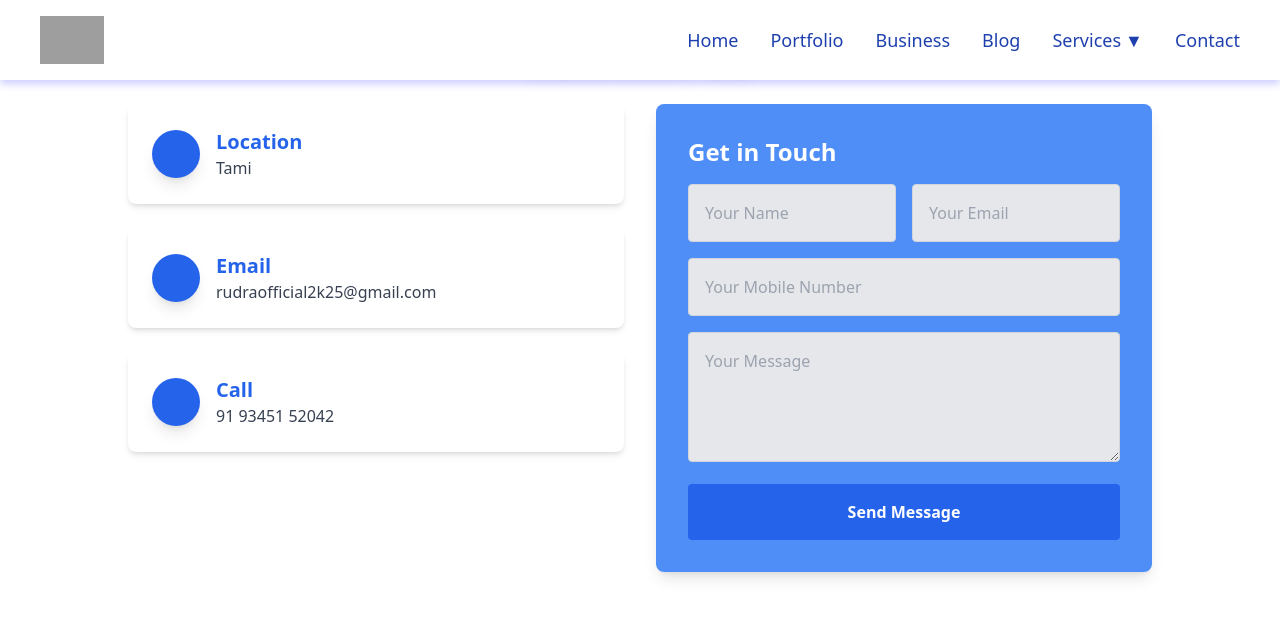
Repository: Rudra-Eswaran/Rudra_Official
Page: /
The author's editor kept a copy of each file at every save. The page is drawn from the files as they stood at one save, then again after the next save.
The browser window is 1280 px wide. The pictures show the whole page.
Pictures or frames that could not be fetched are drawn as grey boxes. Some web libraries are served in a nearby version. The project was rebuilt for these pictures with package versions that can differ from the ones it lists, and the page was loaded fresh each time. Also part of the build but not shown: vite.config.js.

Above is the page before, as saved 2025-04-15 18:58:30.

After the next save:
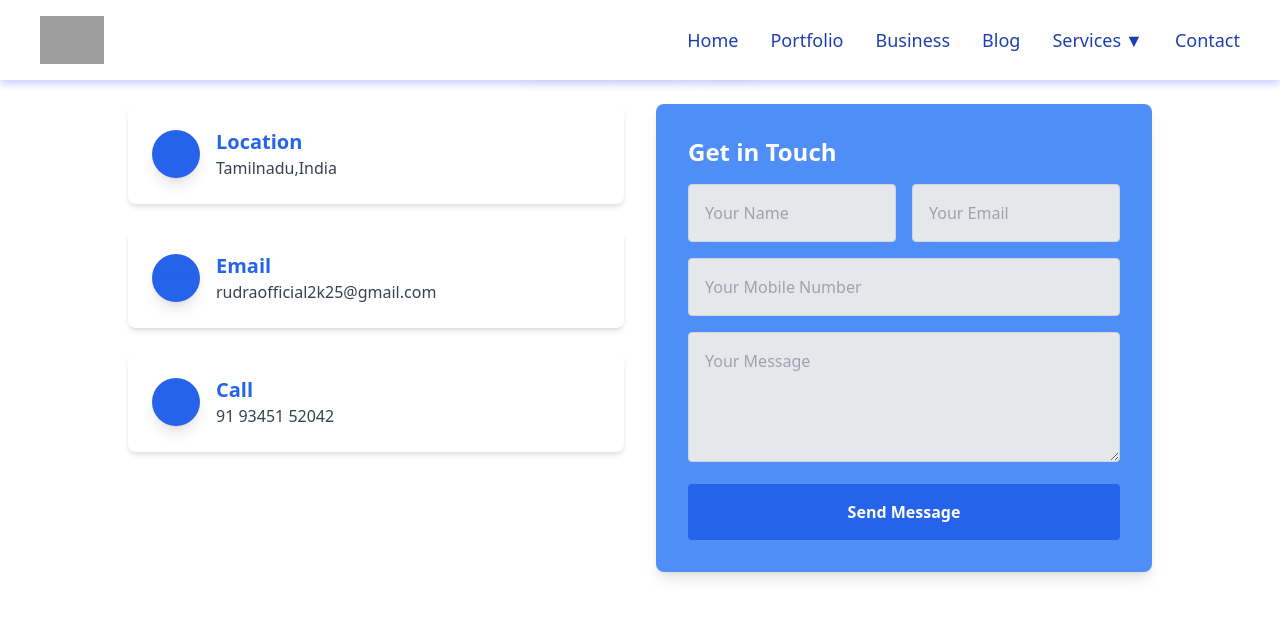
Saved 5 s later.
--- a/src/Constants.jsx
+++ b/src/Constants.jsx
@@ -2,7 +2,7 @@
 export const CONTACT_INFO = {
     location: {
       title: "Location",
-      text: "Tami",
+      text: "Tamilnadu,India",
       icon: "FiMapPin",
     },
     email: {
